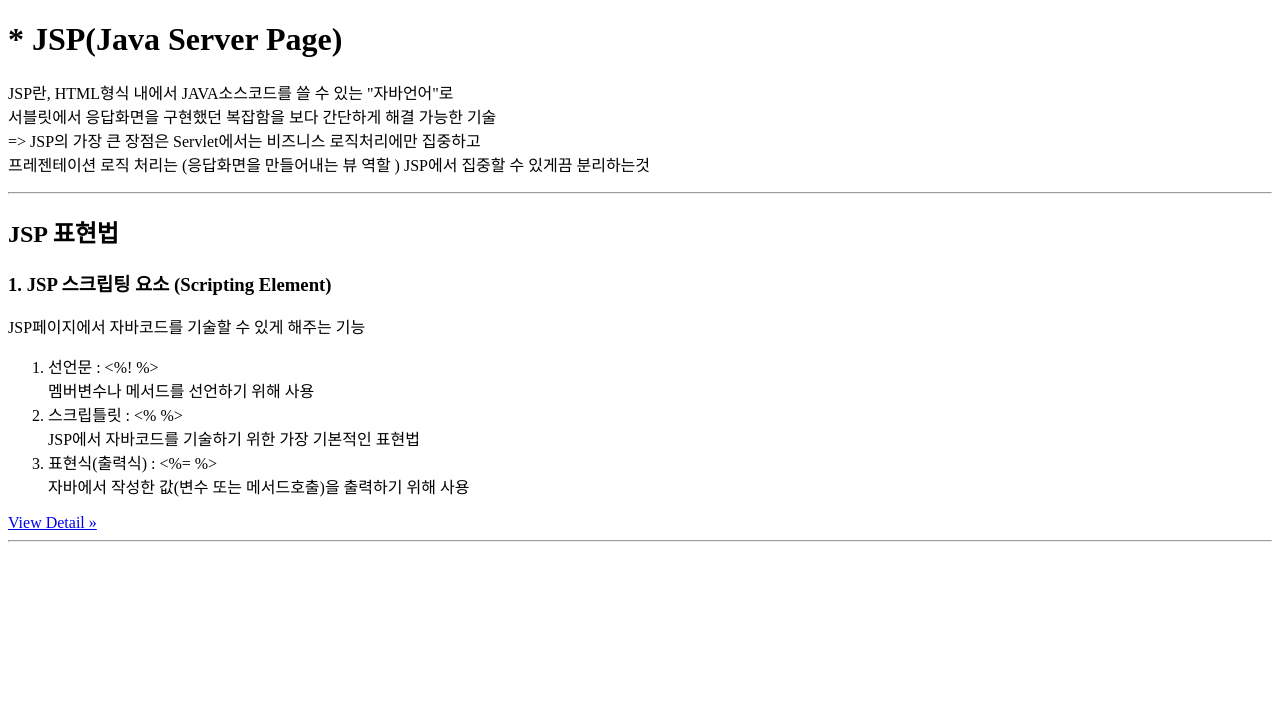
Repository: DonghwanSon1/StudyAndSubwayStore
Page: 2_JSP/WebContent/index.html
The author's editor kept a copy of each file at every save. The page is drawn from the files as they stood at one save, then again after a run of saves.
The browser window is 1280 px wide. The pictures show the whole page.

Above is the page before, as saved 2022-06-02 06:28:35.

After the next 2 saves:
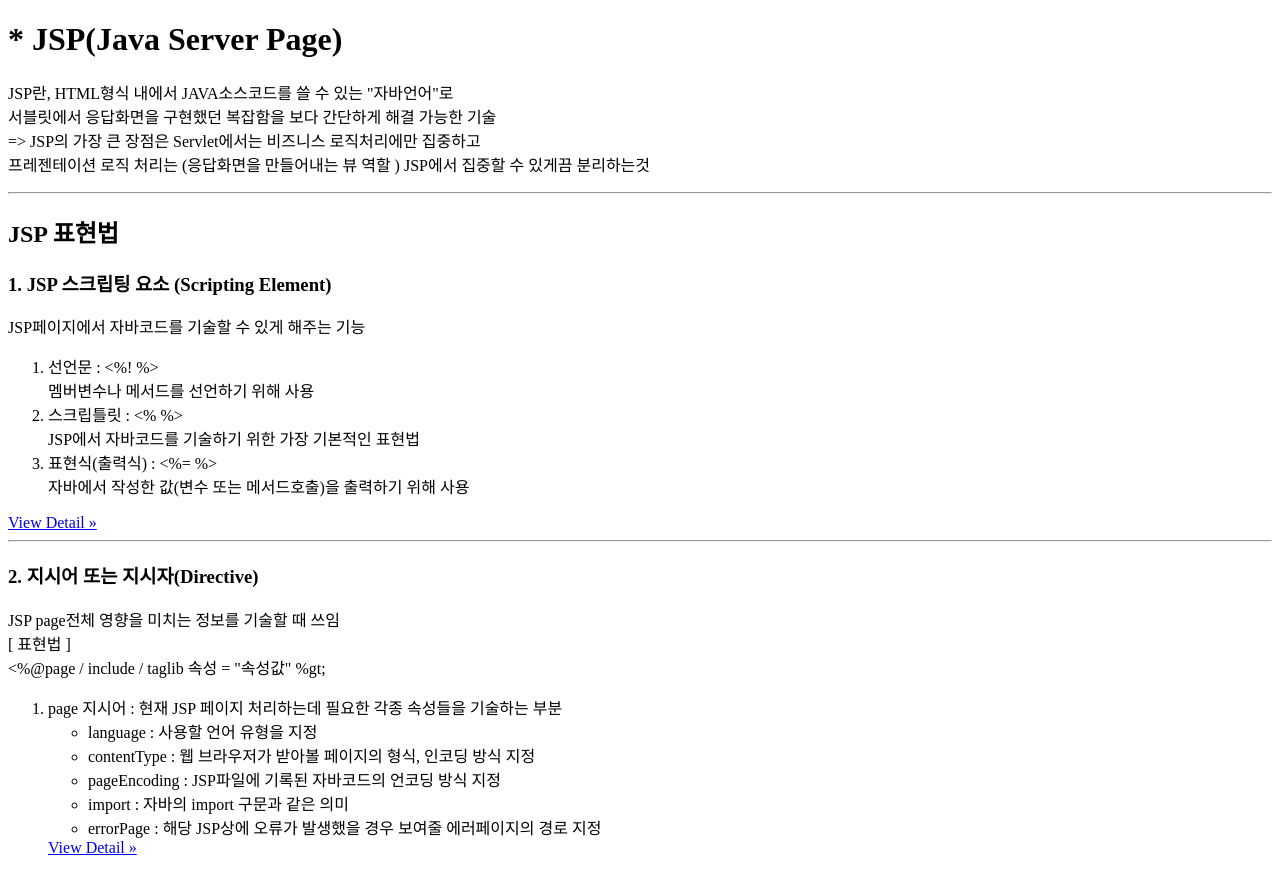
The 2 saves are shown as one change because they came seconds apart.
The last was saved 8 min 22 s later.
--- a/2_JSP/WebContent/index.html
+++ b/2_JSP/WebContent/index.html
@@ -44,8 +44,27 @@
 
 	<hr>
 
+	<h3>2. 지시어 또는 지시자(Directive)</h3>
+	<p>
+		JSP page전체 영향을 미치는 정보를 기술할 때 쓰임 <br> <!-- 페이지에 대한 설정 -->
 
+		[ 표현법 ] <br>
+		&lt;%@page / include / taglib 속성 = "속성값"  %gt;
+	</p>
 
+	<ol>
+		<li>
+			page 지시어 : 현재 JSP 페이지 처리하는데 필요한 각종 속성들을 기술하는 부분 <br>
+			<ul>
+				<li> language : 사용할 언어 유형을 지정 </li>
+				<li> contentType : 웹 브라우저가 받아볼 페이지의 형식, 인코딩 방식 지정 </li>
+				<li> pageEncoding : JSP파일에 기록된 자바코드의 언코딩 방식 지정 </li>
+				<li> import : 자바의 import 구문과 같은 의미</li>
+				<li> errorPage : 해당 JSP상에 오류가 발생했을 경우 보여줄 에러페이지의 경로 지정 </li>
+			</ul>
+			<a href="views/02_DirectivePage.jsp">View Detail &raquo;</a>
+		</li>
+	</ol>
 
 
 
